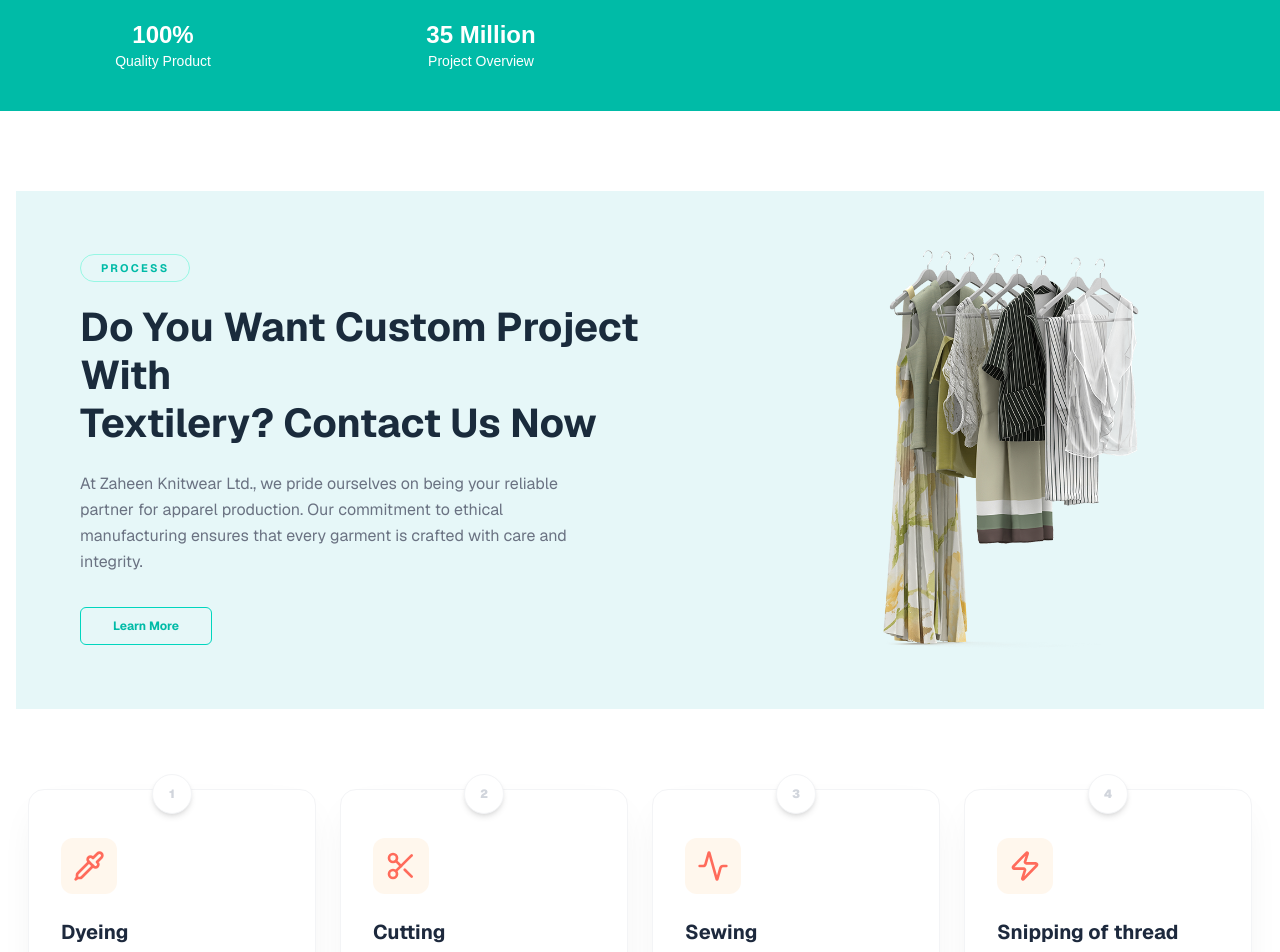
Repository: mdmuhibullahhabib/fullstack-assessment
Page: /
The author's editor kept a copy of each file at every save. The page is drawn from the files as they stood at one save, then again after the next save.
The browser window is 1280 px wide. The pictures show the part of the page from y = 599 to 1551 px (the page is 3063 px tall before and 3099 px after).
The project was rebuilt for these pictures with package versions that can differ from the ones it lists, and the page was loaded fresh each time. The framework's server and built-in components were replaced by stand-ins that run in the browser. Also part of the build but not shown: next.config.mjs.

Above is the page before, as saved 2025-12-27 09:55:27.

### src/app/layout.js
import { Geist, Geist_Mono } from "next/font/google";
import "./globals.css";
import Navbar from "@/components/shared/Navbar";
import Footer from "@/components/shared/Footer";

const geistSans = Geist({
  variable: "--font-geist-sans",
  subsets: ["latin"],
});

const geistMono = Geist_Mono({
  variable: "--font-geist-mono",
  subsets: ["latin"],
});

export const metadata = {
  title: "Create Next App",
  description: "Generated by create next app",
};

export default function RootLayout({ children }) {
  return (
    <html lang="en">
      <body
        className={`${geistSans.variable} ${geistMono.variable} antialiased`}
      >
        <Navbar/>
        {children}
        <Footer/>
      </body>
    </html>
  );
}

### src/app/page.js
import Apparel from "@/components/home/Apparel";
import CustomProcess from "@/components/home/CustomProcess";
import Hero from "@/components/home/hero";
import Stats from "@/components/home/Stats";


export default function Home() {
  return (
    <>
      <Hero />
      <Stats />
      <CustomProcess />
      <Apparel />
    </>
  );
}

### src/components/shared/Navbar.jsx
"use client";

import Link from "next/link";
import { Menu, X, ShoppingCart, User } from "lucide-react";
import { useState } from "react";

export default function Navbar() {
  const [open, setOpen] = useState(false);

  return (
    <header className="w-full">
      {/* ===== Top Bar ===== */}
      <div className="bg-teal-500 text-white text-sm">
        <div className="max-w-7xl mx-auto flex justify-between items-center px-4 py-2">
          <p>📍 Kashimpur, Gazipur Sadar / Gazipur</p>
          <div className="flex items-center gap-4">
            <span>📞 +880 01713-027875</span>
            <div className="flex gap-2">
              <span>f</span>
              <span>x</span>
              <span>▶</span>
              <span>📷</span>
            </div>
          </div>
        </div>
      </div>

      {/* ===== Main Navbar ===== */}
      <div className="bg-white shadow">
        <div className="max-w-7xl mx-auto flex items-center justify-between px-4 py-4">

          {/* Logo */}
          <Link href="/" className="flex items-center gap-2">
            <div className="w-10 h-10 bg-green-500 rounded flex items-center justify-center text-white font-bold">
              Z
            </div>
            <span className="font-bold text-lg text-gray-800">
              Company
            </span>
          </Link>

          {/* Desktop Menu */}
          <nav className="hidden md:flex items-center gap-8 text-gray-700 font-medium">
            <Link href="/">Home</Link>
            <Link href="/about">About Us</Link>
            <Link href="/services">Our Services</Link>
            <Link href="/products">Our Products</Link>
            <Link href="/blogs">Blogs</Link>
          </nav>

          {/* Right Actions */}
          <div className="hidden md:flex items-center gap-4">
            <ShoppingCart className="cursor-pointer" />
            <div className="w-8 h-8 bg-red-500 rounded-full flex items-center justify-center text-white">
              M
            </div>
            <Link
              href="/contact"
              className="bg-orange-500 text-white px-4 py-2 rounded"
            >
              Contact Us
            </Link>
          </div>

          {/* Mobile Menu Button */}
          <button
            onClick={() => setOpen(!open)}
            className="md:hidden"
          >
            {open ? <X /> : <Menu />}
          </button>
        </div>

        {/* ===== Mobile Menu ===== */}
        {open && (
          <div className="md:hidden bg-white border-t">
            <nav className="flex flex-col gap-4 px-4 py-4 text-gray-700">
              <Link href="/">Home</Link>
              <Link href="/about">About Us</Link>
              <Link href="/services">Our Services</Link>
              <Link href="/products">Our Products</Link>
              <Link href="/blogs">Blogs</Link>

              <div className="flex items-center gap-4 pt-4">
                <ShoppingCart />
                <User />
                <Link
                  href="/contact"
                  className="bg-orange-500 text-white px-4 py-2 rounded"
                >
                  Contact Us
                </Link>
              </div>
            </nav>
          </div>
        )}
      </div>
    </header>
  );
}

### src/components/shared/Footer.jsx
import Image from "next/image";
import Link from "next/link";

export default function Footer() {
  return (
    <footer className="bg-[#f8f8f8] border-t">
      <div className="max-w-7xl mx-auto px-4 py-12">

        {/* ===== Top Section ===== */}
        <div className="grid grid-cols-1 md:grid-cols-4 gap-10">

          {/* Logo & Contact */}
          <div className="space-y-4">
            <div className="flex items-center gap-3">
              <Image src="/logo.png" alt="logo" width={48} height={48} />
              <Image src="/logo2.png" alt="logo2" width={48} height={48} />
            </div>

            <p className="text-sm text-gray-600 flex gap-2">
              📍 29 SE 2nd Ave, Miami, FL 33131, United States
            </p>
            <p className="text-sm text-gray-600">
              ✉ info@zaheen.com
            </p>
            <p className="text-sm font-semibold">
              📞 (+92) 3942 7879
            </p>
          </div>

          {/* Pages */}
          <div>
            <h4 className="font-semibold mb-4 uppercase text-sm">Pages</h4>
            <ul className="space-y-2 text-sm text-gray-600">
              <li><Link href="#">About Us</Link></li>
              <li><Link href="#">Our Services</Link></li>
              <li><Link href="#">Our Products</Link></li>
            </ul>
          </div>

          {/* Information */}
          <div>
            <h4 className="font-semibold mb-4 uppercase text-sm">Information</h4>
            <ul className="space-y-2 text-sm text-gray-600">
              <li><Link href="#">My Account</Link></li>
              <li><Link href="#">Corporate Enquiries</Link></li>
              <li><Link href="#">FAQs</Link></li>
            </ul>
          </div>
        </div>

        {/* ===== Payment Channels (SAME ROW STYLE) ===== */}
        <div className="mt-10">
          <h4 className="font-semibold text-sm mb-4">PAYMENT CHANNELS</h4>

          <div className="flex flex-wrap gap-3">
            {[
              "visa",
              "mastercard",
              "amex",
              "bKash",
              "nagad",
              "rocket",
              "upay",
              "tap",
              "citybank",
              "bracbank",
              "easternbank",
              "standardchartered",
            ].map((logo) => (
              <div
                key={logo}
                className="bg-white border rounded-md px-4 py-2 flex items-center justify-center"
              >
                <Image
                  src={`/payments/${logo}.png`}
                  alt={logo}
                  width={48}
                  height={28}
                  className="object-contain"
                />
              </div>
            ))}
          </div>
        </div>

        {/* ===== Bottom Bar ===== */}
        <div className="border-t mt-10 pt-6 flex flex-col md:flex-row justify-between items-center gap-4 text-sm text-gray-600">

          <p>
            Copyright ©{" "}
            <span className="text-orange-500 font-medium">
              360D Soul Limited
            </span>{" "}
            2025. All rights reserved.
          </p>

          <div className="flex gap-4 text-lg">
            <span>f</span>
            <span>x</span>
            <span>📷</span>
          </div>

          <div className="flex gap-4">
            <Link href="#">Terms & Condition</Link>
            <Link href="#">Privacy & Policy</Link>
            <Link href="#">Refund Policy</Link>
          </div>
        </div>

      </div>
    </footer>
  );
}

### src/components/home/Apparel.jsx
export default function Apparel() {
  const products = [
    {
      name: "Denim Jacket",
      price: "$10.00",
      img: "https://images.unsplash.com/photo-1520975916090-3105956dac38",
    },
    {
      name: "Hoodie",
      price: "$12.00",
      img: "https://images.unsplash.com/photo-1520974735194-6c9c0c13ed3d",
    },
    {
      name: "T-Shirt",
      price: "$8.00",
      img: "https://images.unsplash.com/photo-1583743814966-8936f5b7be1a",
    },
  ];

  return (
    <section className="bg-gray-50 py-16">
      <div className="max-w-7xl mx-auto px-4">
        <h2 className="text-2xl font-bold mb-8">Our Apparels</h2>

        <div className="grid sm:grid-cols-2 md:grid-cols-3 gap-6">
          {products.map((p, i) => (
            <div key={i} className="bg-white border rounded overflow-hidden">
              <img src={p.img} className="h-56 w-full object-cover" />
              <div className="p-4">
                <h3 className="font-semibold">{p.name}</h3>
                <p className="text-sm text-gray-600">{p.price}</p>
                <button className="mt-3 w-full bg-teal-500 text-white py-2 rounded">
                  Add to Cart
                </button>
              </div>
            </div>
          ))}
        </div>
      </div>
    </section>
  );
}

### src/components/home/CustomProcess.jsx
"use client"
import Image from "next/image";
import { Scissors, Pipette, Zap, Activity, Repeat, ClipboardCheck, Box } from "lucide-react";
import bgImage from "../../../public/home/ProcessImage-1.png";
import rightImage from "../../../public/home/ProcessImage-2.png";

export default function CustomProcess() {
    const steps = [
        { number: 1, title: "Dyeing", desc: "Adding color to biodegradable materials.", icon: <Pipette className="w-8 h-8 text-[#FF6B5B]" /> },
        { number: 2, title: "Cutting", desc: "Eco-friendly clothing items for all shapes and sizes.", icon: <Scissors className="w-8 h-8 text-[#FF6B5B]" /> },
        { number: 3, title: "Sewing", desc: "Vouching for the ultimate sturdiness and durability of the fabric.", icon: <Activity className="w-8 h-8 text-[#FF6B5B]" /> },
        { number: 4, title: "Snipping of thread", desc: "A neat edge, a soft and smooth finish.", icon: <Zap className="w-8 h-8 text-[#FF6B5B]" /> },
        { number: 5, title: "Ironing", desc: "Ironing it before shipping.", icon: <Repeat className="w-8 h-8 text-[#FF6B5B]" /> },
        { number: 6, title: "Checking", desc: "Going through each clothing piece to ensure supreme quality standards are met.", icon: <ClipboardCheck className="w-8 h-8 text-[#FF6B5B]" /> },
        { number: 7, title: "Package", desc: "Folding and packing with the utmost care.", icon: <Box className="w-8 h-8 text-[#FF6B5B]" /> },
    ];

    return (
        <section className="bg-white py-20 px-4 font-sans">
            <div className="max-w-7xl mx-auto">

                {/* ===== TOP SECTION ===== */}
                <div className="relative bg-[#E6F7F8] overflow-hidden flex flex-col md:flex-row items-stretch mb-20 min-h-[450px]">

                    {/* Left Content Box (White with bgImage and Torn Edge) */}
                    <div
                        className="relative z-20 w-full md:w-[60%] p-10 pt-9 md:p-16 flex flex-col justify-center items-start "
                        style={{
                            backgroundImage: `url(${bgImage})`,
                            backgroundSize: "cover",
                            backgroundPosition: "center",
                        }}
                    >
                        <div className="mb-6">
                            <span className="px-5 py-1.5 rounded-full border border-teal-200 text-teal-500 text-[11px] font-bold uppercase tracking-[0.2em]">
                                Process
                            </span>
                        </div>

                        <h2 className="text-3xl md:text-[40px] font-bold text-[#1a2b3c] leading-[1.2] mb-6">
                            Do You Want Custom Project With <br className="hidden lg:block" /> Textilery? Contact Us Now
                        </h2>

                        <p className="text-gray-500 text-sm md:text-base leading-relaxed max-w-lg mb-8">
                            At Zaheen Knitwear Ltd., we pride ourselves on being your reliable partner for
                            apparel production. Our commitment to ethical manufacturing ensures that
                            every garment is crafted with care and integrity.
                        </p>

                        <button className="border-[1.5px] border-teal-400 text-teal-500 px-8 py-2.5 rounded-md font-bold text-xs hover:bg-teal-500 hover:text-white transition-all">
                            Learn More
                        </button>
                    </div>

                    {/* Right Content (Image of hanging clothes) */}
                    <div className="w-full md:w-[40%] relative flex items-center justify-center py-10">
                        <div className="relative w-[85%] h-[400px]">
                            <Image
                                src={rightImage}
                                alt="Clothing Preview"
                                fill
                                className="object-contain"
                                priority
                            />
                        </div>
                    </div>
                </div>

                {/* ===== PROCESS STEPS GRID ===== */}
                <div className="flex flex-wrap justify-center gap-6">
                    {steps.map((step, index) => (
                        <div
                            key={step.number}
                            className={`
                relative bg-white p-8 pt-12 rounded-2xl shadow-[0_15px_40px_-15px_rgba(0,0,0,0.1)]
                border border-gray-100 flex flex-col items-start transition-all hover:-translate-y-2
                w-full sm:w-[calc(50%-1.5rem)] lg:w-[calc(25%-1.5rem)]
                ${index >= 4 ? 'lg:translate-y-2' : ''}
              `}
                        >
                            {/* Step Number Circle */}
                            <div className="absolute -top-4 left-1/2 -translate-x-1/2 w-10 h-10 bg-white border border-gray-100 shadow-md rounded-full flex items-center justify-center text-xs font-black text-gray-300">
                                {step.number}
                            </div>

                            <div className="mb-6 bg-orange-50 p-3 rounded-xl">
                                {step.icon}
                            </div>

                            <h3 className="text-xl font-bold text-slate-800 mb-3">
                                {step.title}
                            </h3>
                            <p className="text-[14px] text-gray-500 leading-relaxed">
                                {step.desc}
                            </p>
                        </div>
                    ))}
                </div>

            </div>
        </section>
    );
}

### src/components/home/hero.jsx
export default function Hero() {
  return (
    <section className="relative bg-black text-white">
      <img
        src="https://images.unsplash.com/photo-1520975916090-3105956dac38"
        className="absolute inset-0 w-full h-full object-cover opacity-40"
      />

      <div className="relative max-w-7xl mx-auto px-4 py-28 grid md:grid-cols-2 gap-10">
        <div>
          <p className="text-sm uppercase mb-3 text-teal-400">
            Textile & Garments
          </p>
          <h1 className="text-4xl md:text-5xl font-bold mb-5">
            High-Quality Garments. <br /> Ethically Made.
          </h1>
          <p className="text-gray-300 mb-6">
            We manufacture premium garments using ethical and sustainable
            practices.
          </p>

          <div className="flex gap-4">
            <button className="bg-orange-500 px-6 py-3 rounded">
              Explore
            </button>
            <button className="border px-6 py-3 rounded">
              Contact Us
            </button>
          </div>
        </div>
      </div>
    </section>
  );
}

### src/components/home/Stats.jsx
export default function Stats() {
  const stats = [
    { title: "Quality Product", value: "100%" },
    { title: "Project Overview", value: "35 Million" },
  ];

  return (
    <section className="bg-teal-500 text-white">
      <div className="max-w-7xl mx-auto px-4 py-10 grid grid-cols-2 md:grid-cols-4 gap-6 text-center">
        {stats.map((s, i) => (
          <div key={i}>
            <h3 className="text-2xl font-bold">{s.value}</h3>
            <p className="text-sm">{s.title}</p>
          </div>
        ))}
      </div>
    </section>
  );
}

Loaded but not shown: src/app/globals.css (common file)

After the next save:
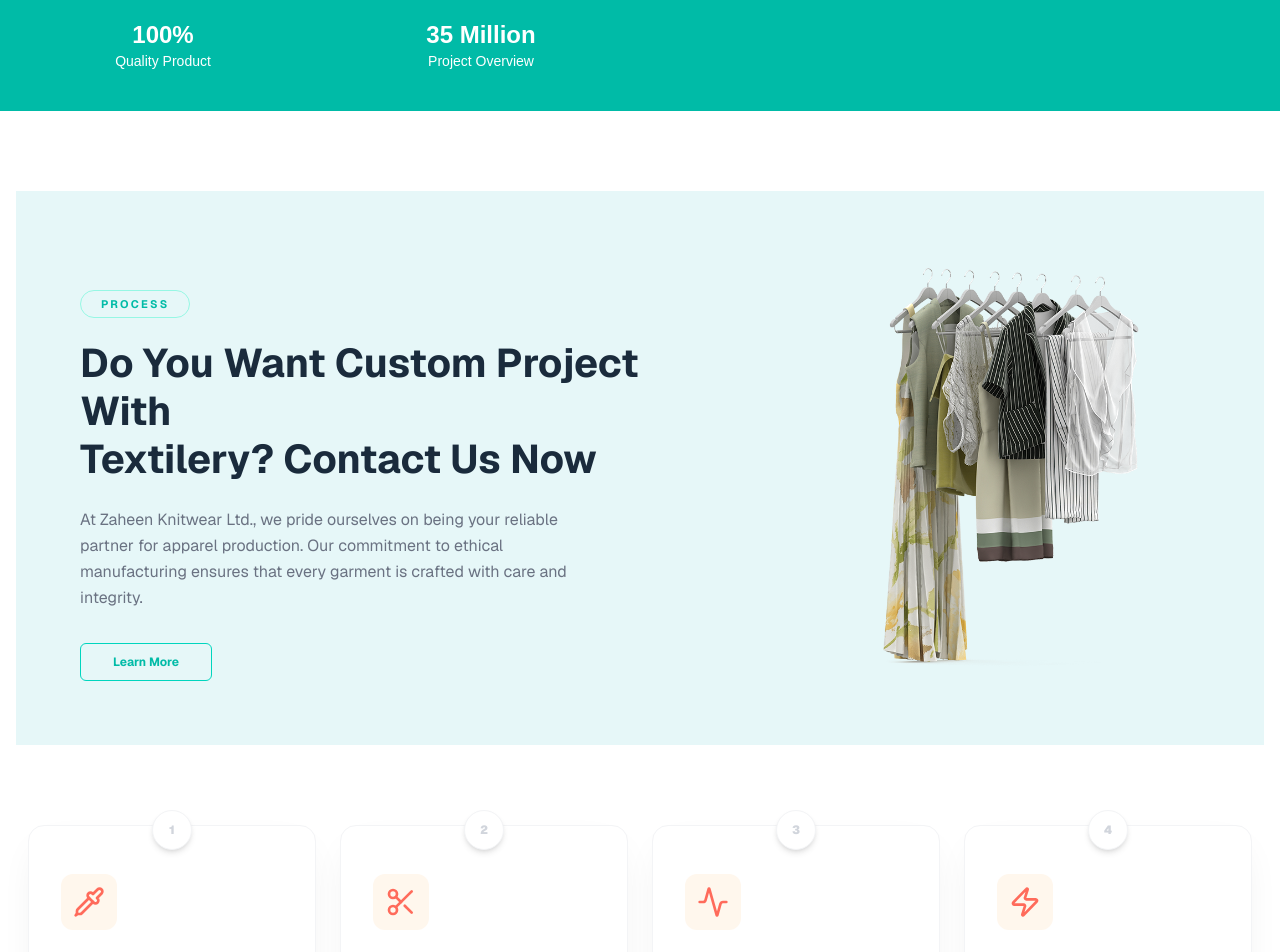
Saved 21 s later.
--- a/src/components/home/CustomProcess.jsx
+++ b/src/components/home/CustomProcess.jsx
@@ -24,7 +24,7 @@
 
                     {/* Left Content Box (White with bgImage and Torn Edge) */}
                     <div
-                        className="relative z-20 w-full md:w-[60%] p-10 pt-9 md:p-16 flex flex-col justify-center items-start "
+                        className="relative z-20 w-full md:w-[60%] p-10 mt-9 md:p-16 flex flex-col justify-center items-start "
                         style={{
                             backgroundImage: `url(${bgImage})`,
                             backgroundSize: "cover",

After the 2 saves that followed:
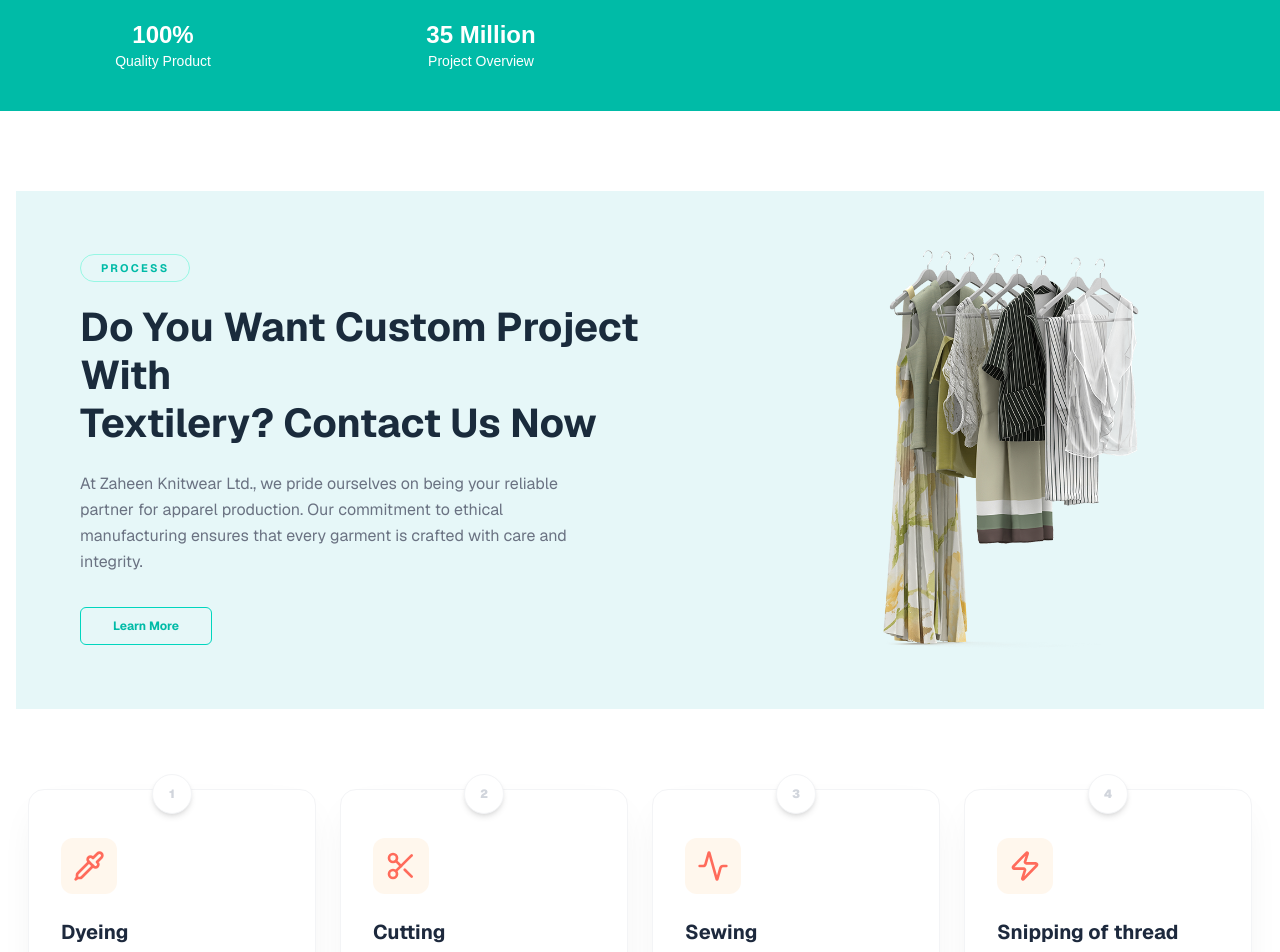
The 2 saves are shown as one change because they came seconds apart.
The last was saved 32 s later.
--- a/src/components/home/CustomProcess.jsx
+++ b/src/components/home/CustomProcess.jsx
@@ -24,7 +24,7 @@
 
                     {/* Left Content Box (White with bgImage and Torn Edge) */}
                     <div
-                        className="relative z-20 w-full md:w-[60%] p-10 mt-9 md:p-16 flex flex-col justify-center items-start "
+                        className="relative z-20 w-full md:w-[60%] p-10 md:p-16 flex flex-col justify-center items-start "
                         style={{
                             backgroundImage: `url(${bgImage})`,
                             backgroundSize: "cover",
